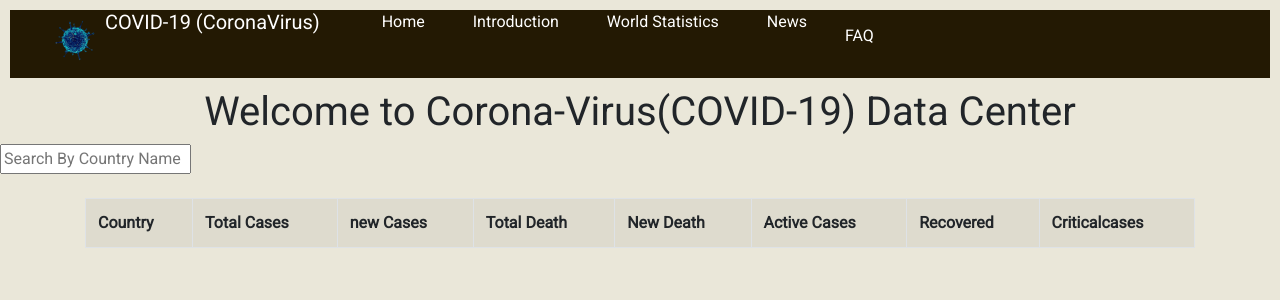
Repository: xthashankar/COVID-19-data-
Page: index.html
The author's editor kept a copy of each file at every save. The page is drawn from the files as they stood at one save, then again after the next save.
The browser window is 1280 px wide. The pictures show the whole page.
The page's requests for data from a server got no answer.

Above is the page before, as saved 2020-04-14 16:55:27.

After the next save:
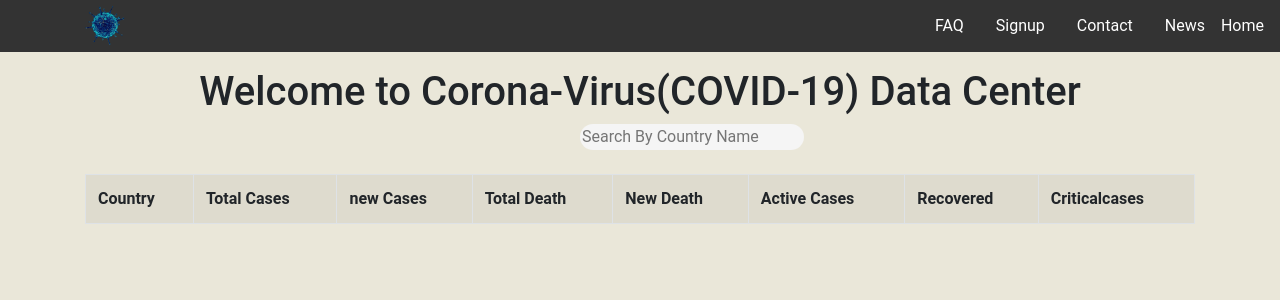
Saved 4 h 56 min later.
--- a/index.html
+++ b/index.html
@@ -7,22 +7,17 @@
      <script src="https://ajax.googleapis.com/ajax/libs/jquery/3.4.1/jquery.min.js"></script>
      <script src="https://cdnjs.cloudflare.com/ajax/libs/popper.js/1.16.0/umd/popper.min.js"></script>
     <script src="https://maxcdn.bootstrapcdn.com/bootstrap/4.4.1/js/bootstrap.min.js"></script>
-    <link rel="stylesheet" href="css/nqa.css">
+    <link rel="stylesheet" href="css/styles.css">
     <title>Document</title>
 </head>
 <body>
-    <div class="nav">
-        <a href="index.html" class="company-title">
-             <img src="image/coronavirus.png" style="margin: 5px;margin-left: 40px;height: 50px;
-                                        width: 50px;">
-            <h5>COVID-19 (CoronaVirus)</h5>
-        </a>
-        <a href="index.html" class="company-title"></a>
+    <ul>
         <ul>
-            <li><a class="active" href="#home">Home</a></li>
-            <li><a class="active" href="intro.html">Introduction</a></li>
-            <li><a href="world.html">World Statistics</a></li>
-            <li><a href="news.html">News</a></li>
+            <img src="image/coronavirus.png">
+            <li><a class="nav" href="#">Home</a></li>
+            <li><a href="#">News</a></li>
+            <li><a href="#">Contact</a></li>
+            <li><a href="#">Signup</a></li>
             <div class="dropdown">
                 <button class="dropbtn">FAQ
                 </button>
@@ -30,25 +25,9 @@
                   <a href="qa.html">English</a>
                   <a href="nqa.html">Nepali</a>
                 </div>
-        </ul>
-    </div>
-
-
-
-
-
-
-    <!-- <ul>
-        <ul>
-            <img src="image/coronavirus.png">
-            <li><a class="nav" href="#">Home</a></li>
-            <li><a href="#">News</a></li>
-            <li><a href="#">Contact</a></li>
-            <li><a href="#">Signup</a></li>
-
 
         </ul>
-    </ul> -->
+    </ul>
 
     <h1>Welcome to Corona-Virus(COVID-19) Data Center</h1>
     <input type="text" name="filter" id="search" placeholder="Search By Country Name" onkeyup="search()">
